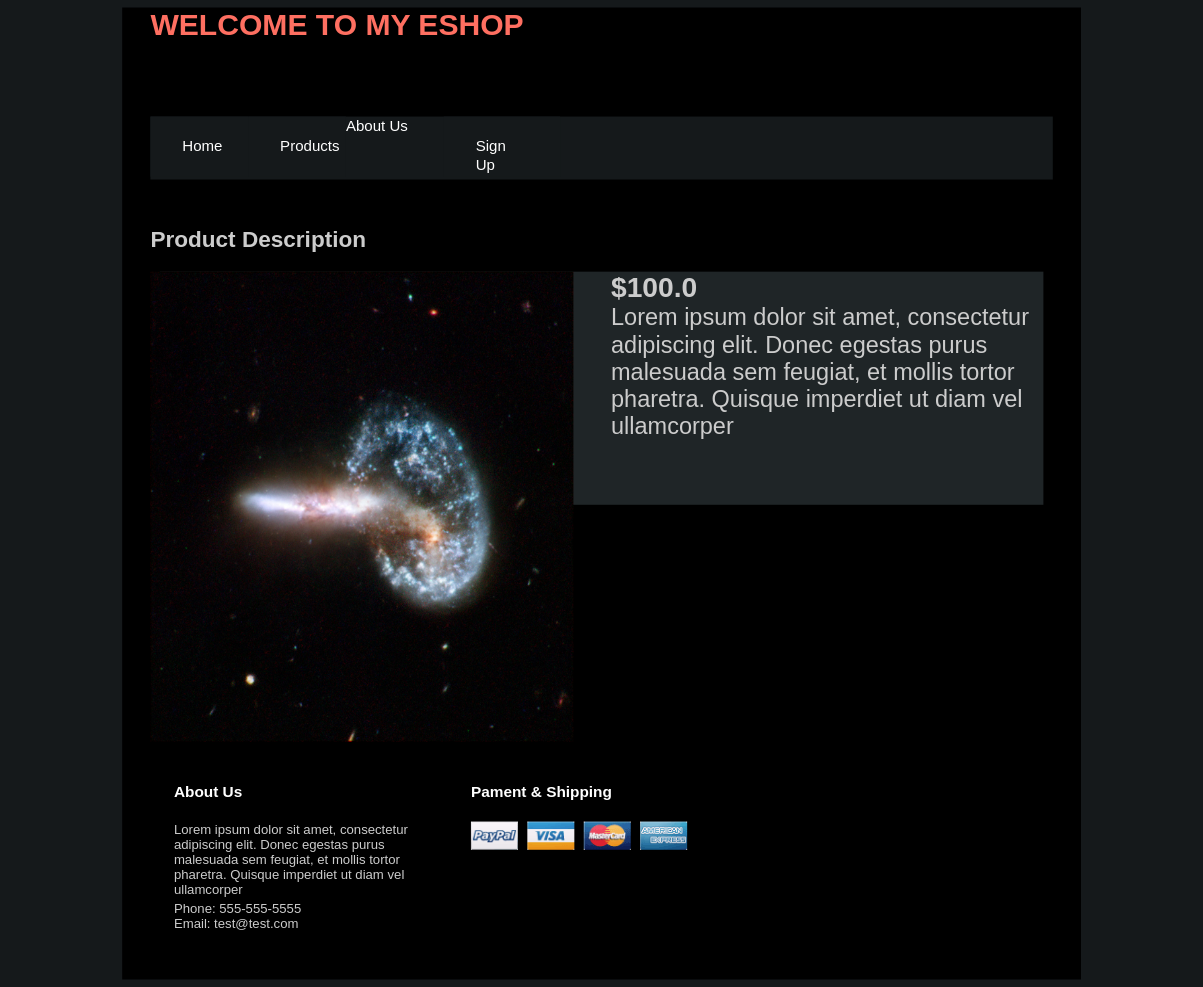
Repository: smugfox/ecommerce_project
Page: galaxy_product_description.html
The author's editor kept a record of every edit. The page is drawn from the files as they stood at one moment, then again after the next edit.
The browser window is 1280 px wide. The pictures show the whole page, at 94% of full size.

Above is the page before.

After the next edit:
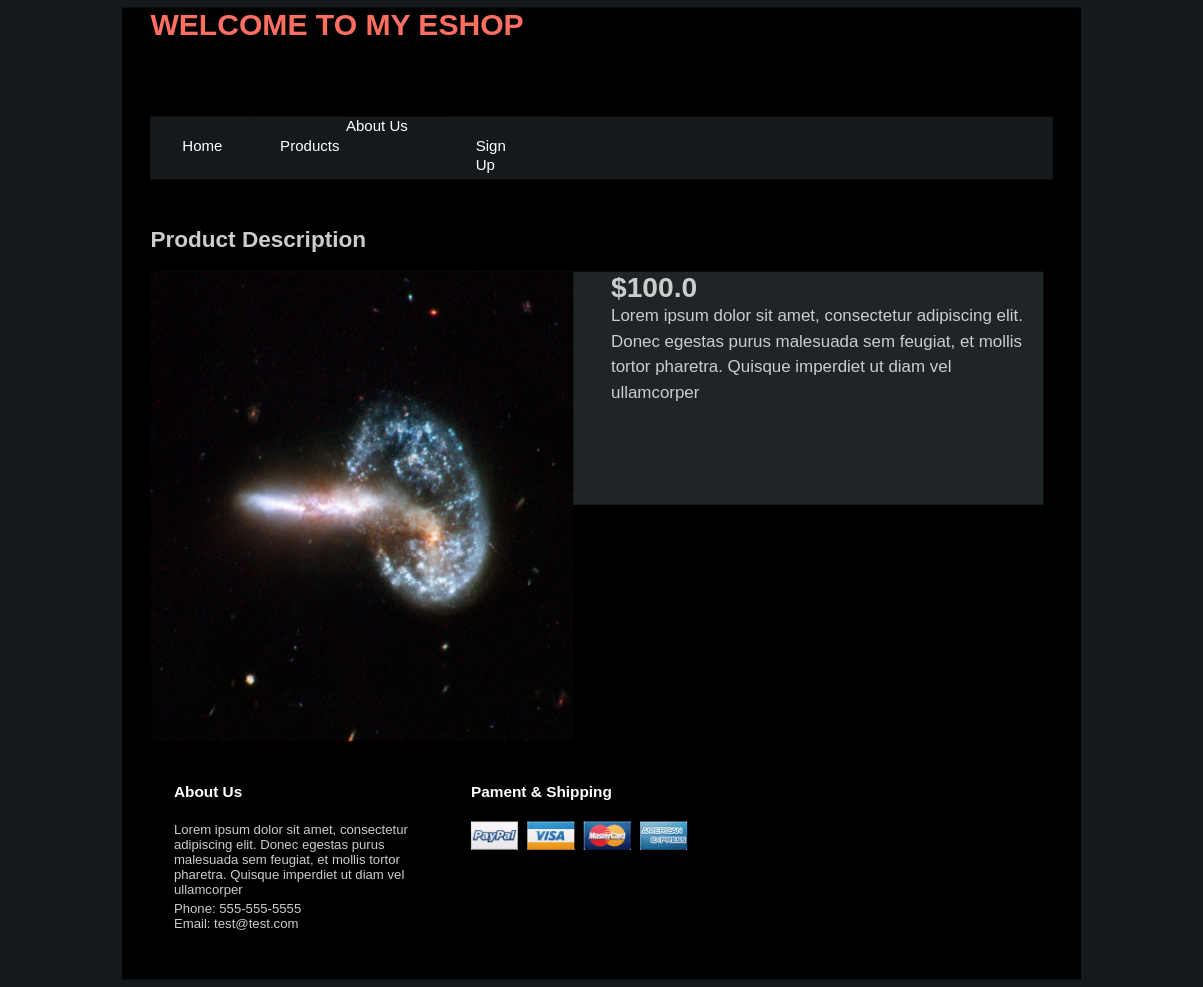
The edit:
--- a/css/galaxy_product_description.css
+++ b/css/galaxy_product_description.css
@@ -176,7 +176,8 @@
 }
 .price p {
     margin: 0 0 0 40px;
-    font-size:25px;
+    font-size:18px;
+    line-height:1.5em;
 }
 #footer {
     width:910px;
